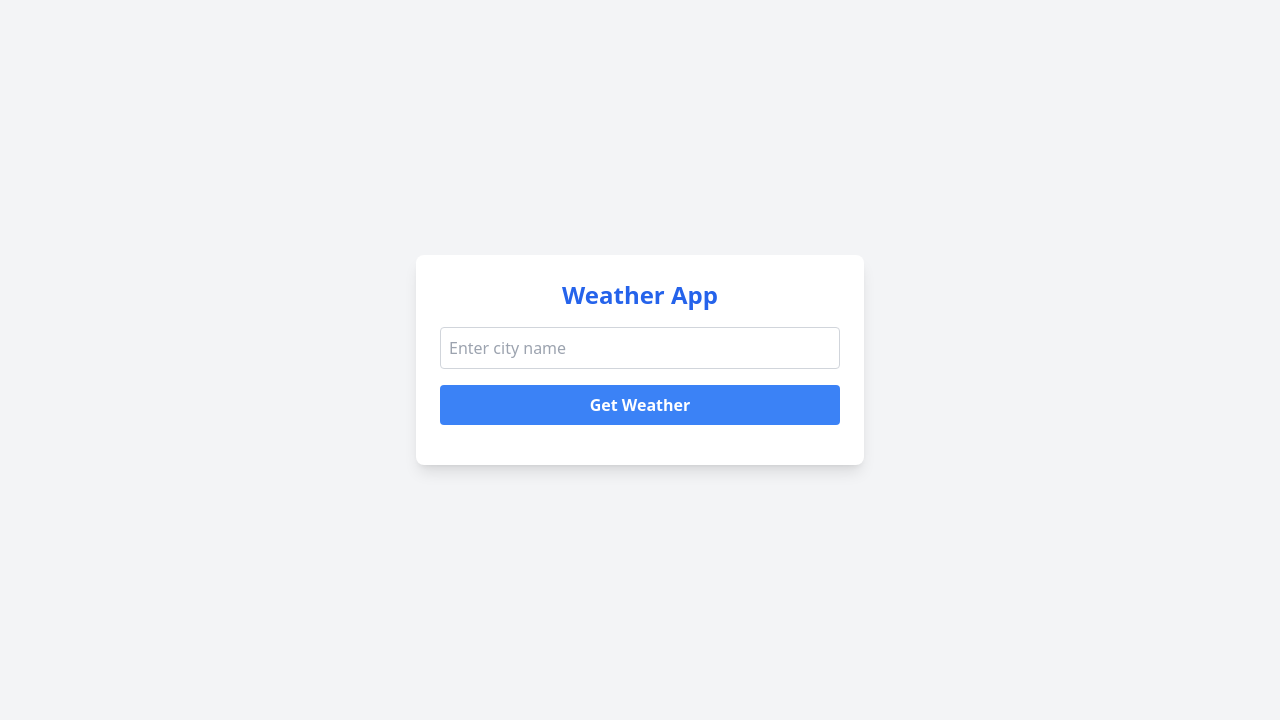
Repository: MKosainHaider/weather-app
Page: index.html
The author's editor kept a copy of each file at every save. The page is drawn from the files as they stood at one save, then again after the next save.
The browser window is 1280 px wide. The pictures show the whole page.
Some web libraries are served in a nearby version.

Above is the page before, as saved 2024-08-15 14:59:14.
Not found: weather.js

After the next save:
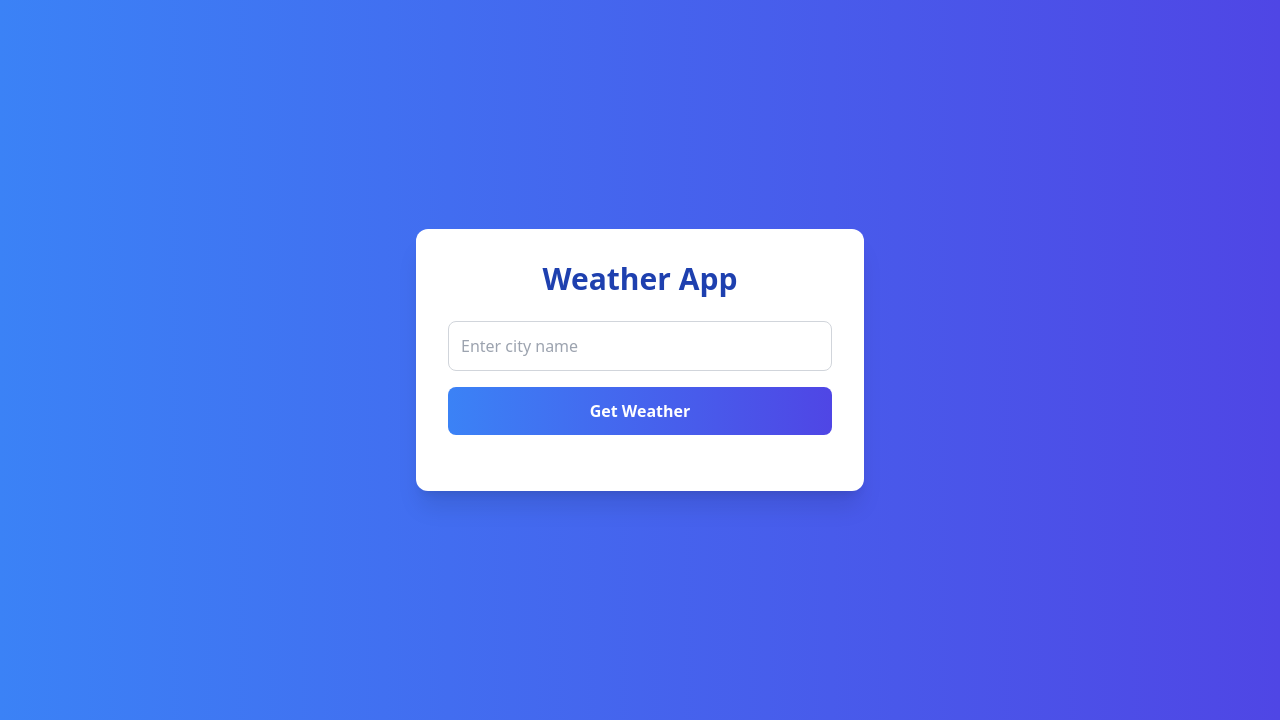
Saved 10 min 6 s later.
--- a/index.html
+++ b/index.html
@@ -1,30 +1,28 @@
 <!DOCTYPE html>
 <html lang="en">
+
 <head>
     <meta charset="UTF-8">
     <meta name="viewport" content="width=device-width, initial-scale=1.0">
     <script src="script.js" defer></script>
     <script src="https://cdn.tailwindcss.com"></script>
-    <title>weather app</title>
+    <title>Weather App</title>
 </head>
-<body class="bg-gray-100 flex items-center justify-center h-screen">
-    <div id="app" class="p-6 bg-white rounded-lg shadow-lg max-w-md w-full">
-        <h1 class="text-2xl font-bold text-center text-blue-600 mb-4">Weather App</h1>
-        <input
-            type="text"
-            id="cityInput"
-            placeholder="Enter city name"
-            class="w-full p-2 border border-gray-300 rounded mb-4"
-        />
-        <button
-            id="getWeatherBtn"
-            class="w-full bg-blue-500 text-white font-bold py-2 px-4 rounded hover:bg-blue-700"
-        >
+
+<body class="bg-gradient-to-r from-blue-500 to-indigo-600 flex items-center justify-center h-screen">
+    <div id="app"
+        class="p-8 bg-white rounded-xl shadow-xl max-w-md w-full transform hover:scale-105 transition-transform duration-300">
+        <h1 class="text-3xl font-extrabold text-center text-blue-800 mb-6">Weather App</h1>
+        <input type="text" id="cityInput" placeholder="Enter city name"
+            class="w-full p-3 border border-gray-300 rounded-lg mb-4 focus:outline-none focus:ring-2 focus:ring-blue-400" />
+        <button id="getWeatherBtn"
+            class="w-full bg-gradient-to-r from-blue-500 to-indigo-600 text-white font-bold py-3 px-6 rounded-lg hover:bg-gradient-to-l transition-all duration-300">
             Get Weather
         </button>
-        <div id="weatherResult" class="mt-4 text-center"></div>
+        <div id="weatherResult" class="mt-6 text-center text-lg font-medium text-gray-800"></div>
     </div>
 
     <script src="weather.js"></script>
 </body>
+
 </html>
